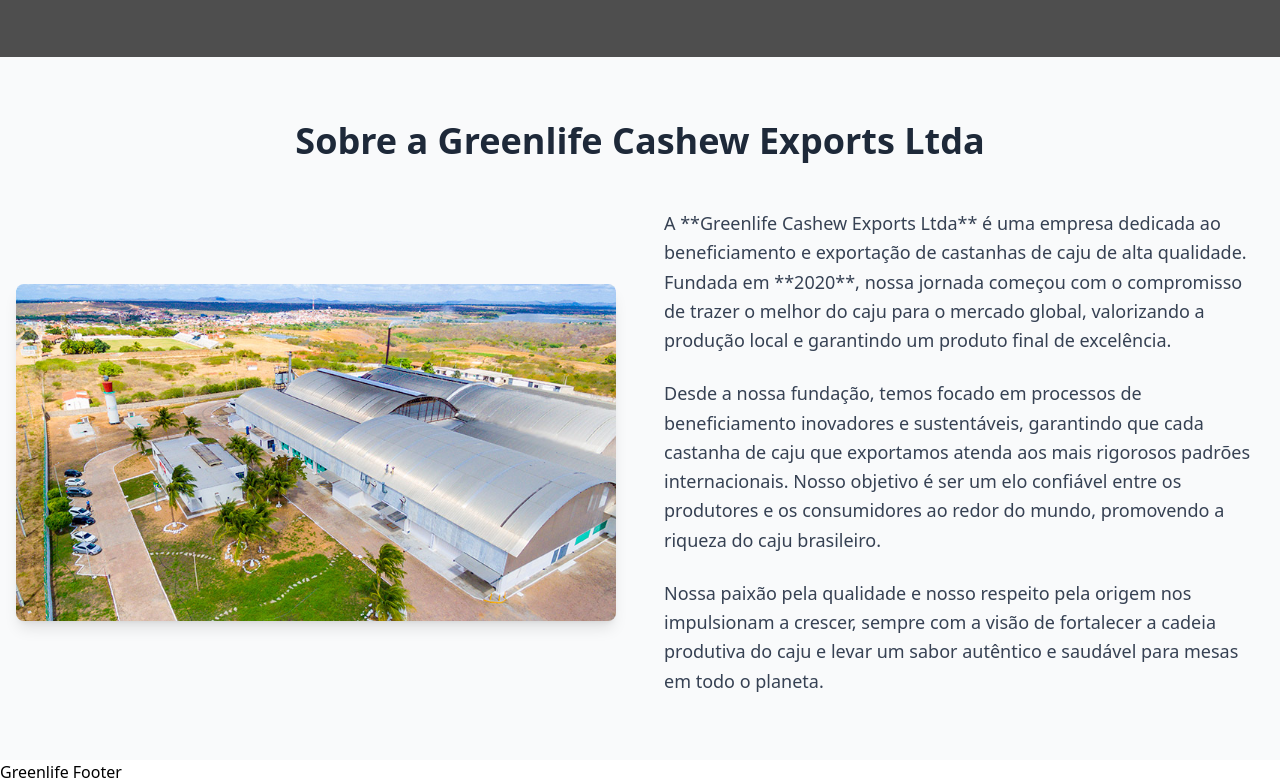
Repository: estevam02009/greenlife
Page: /
These files come from the project's save history. The page is drawn as it stood at one moment and after the next save; the edit follows.
The browser window is 1280 px wide. The pictures show the part of the page from y = 727 to 1679 px (the page is 1511 px tall before and 1679 px after).
Pictures or frames that could not be fetched are drawn as grey boxes. The project was rebuilt for these pictures with package versions that can differ from the ones it lists, and the page was loaded fresh each time. Also part of the build but not shown: vite.config.js, src/App.css.

Above is the page before, as saved 2025-07-23 13:27:06.

### src/App.jsx
import Navbar from './components/Navbar'
import Footer from './components/Footer'
import './App.css'
import Hero from './components/Hero'
import CompanyContent from './components/CompanyContent'

function App() {

  return (
    <div>
      <Navbar />
      <main className='pt-16'>
        <Hero />
        <CompanyContent />
      </main>
      <Footer />
    </div>
  )
}

export default App

### src/components/Navbar.jsx
import React, { useState } from "react"

const Navbar = () => {

    const [isOpen, setIsOpen] = useState(false)

    return (
        <nav className="fixed top-0 left-0 w-full bg-white p-4 shadow-md z-50">
            <div className="container mx-auto flex items-center justify-between flex-wrap">
                {/* LOGO */}
                <div className="flex items-center">
                    <img src="https://greenlifecashew.com.br/wp-content/uploads/2021/05/logo_header.png" alt="Logo da Empresa" className="h-15 w-30 mr-2" />
                </div>

                {/* Botão para Mobile */}
                <div className="block lg:hidden">
                    <button
                        onClick={() => setIsOpen(!isOpen)}
                        className="flex items-center px-3 py-2 border rounded text-gray-500 border-gray-600 hover:text-green-600 hover:border-green-600"
                    >
                        <svg
                            className="fill-current h-3 w-3"
                            viewBox="0 0 20 20"
                            xmlns="http://www.w3.org/2000/svg"
                        >
                            <path d="M0 3h20v2H0V3zm0 6h20v2H0V9zm0 6h20v2H0v-2z" />
                        </svg>
                    </button>
                </div>

                {/* Itens de Navegação - Escondidos no Mobile por padrão, mostrados no Desktop */}
                <div className={`${isOpen ? 'block' : 'hidden'} w-full flex-grow lg:flex lg:items-center lg:w-auto`}>
                    <ul className="text-sm lg:flex-grow lg:flex lg:justify-end lg:space-x-6 mt-4 lg:mt-0">
                        <li>
                            <a
                                href="#"
                                className="block lg:inline-block text-gray-600 hover:text-green-600 mr-4 lg:py-0 transition duration-300"
                            >Company</a>
                        </li>
                        <li>
                            <a
                                href="#"
                                className="block lg:inline-block text-gray-600 hover:text-green-600 mr-4 lg:py-0 transition duration-300"
                            >Strategic Direction</a>
                        </li>
                        <li>
                            <a
                                href="#"
                                className="block lg:inline-block text-gray-600 hover:text-green-600 mr-4 lg:py-0 transition duration-300"
                            >Products</a>
                        </li>
                        <li>
                            <a
                                href="#"
                                className="block lg:inline-block text-gray-600 hover:text-green-600 mr-4 lg:py-0 transition duration-300"
                            >Certifications</a>
                        </li>
                        <li>
                            <a
                                href="#"
                                className="block lg:inline-block text-gray-600 hover:text-green-600 mr-4 lg:py-0 transition duration-300"
                            >Informative</a>
                        </li>
                        <li>
                            <a
                                href="#"
                                className="block lg:inline-block text-gray-600 hover:text-green-600 mr-4 lg:py-0 transition duration-300"
                            >Contact</a>
                        </li>
                    </ul>
                </div>
            </div>


        </nav>
    )
}

export default Navbar

### src/components/Footer.jsx
import React from "react"

const Footer = () => {
    return (
        <div>
            <h1>Greenlife Footer</h1>
        </div>
    )
}

export default Footer

### src/components/Hero.jsx
import React from "react"

const Hero = () => {
    return (
        <div
            className="relative bg-transparent bg-cover bg-center h-screen flex items-center justify-center"
            style={{ backgroundImage: 'url("https://i0.wp.com/matanativa.com.br/wp-content/uploads/2018/09/Untitled-design-3-e1639139898660.jpg?fit=825%2C464&ssl=1")' }}
        >
            <div className="absolute inset-0 bg-black opacity-50"></div>
            <div className="relative text-center text-white z-10">
                <h1 className="text-5xl font-bold mb-4">Venha conhecer a Greenlife</h1>
                <p className="text-xl mb-8">Excelência e qualidade em tudo que fazemos.</p>
                <button className="bg-green-500 hover:bg-green-700 text-white font-bold py-3 px-6 rounded-full">
                    Saiba Mais
                </button>
            </div>
        </div>
    )
}

export default Hero

### src/components/CompanyContent.jsx
import React from 'react';

const CompanyContent = () => {
    return (
        <section className="py-16 bg-gray-50">
            <div className="container mx-auto px-4">
                <h2 className="text-4xl font-bold text-center text-gray-800 mb-12">Sobre a Greenlife Cashew Exports Ltda</h2>

                <div className="flex flex-col lg:flex-row items-center lg:space-x-12">
                    {/* Imagem ou Ícone (Opcional) */}
                    <div className="lg:w-1/2 mb-8 lg:mb-0">
                        {/* Você pode adicionar uma imagem relevante aqui, como uma plantação de caju, o processo de beneficiamento, ou o logo da empresa */}
                        <img
                            src="src\assets\home.jpg" // Substitua pela URL da sua imagem
                            alt="Processo de Beneficiamento de Castanhas"
                            className="rounded-lg shadow-lg w-full h-auto object-cover"
                        />
                    </div>

                    {/* Conteúdo da Empresa */}
                    <div className="lg:w-1/2 text-gray-700">
                        <p className="text-lg leading-relaxed mb-6">
                            A **Greenlife Cashew Exports Ltda** é uma empresa dedicada ao beneficiamento e exportação de castanhas de caju de alta qualidade. Fundada em **2020**, nossa jornada começou com o compromisso de trazer o melhor do caju para o mercado global, valorizando a produção local e garantindo um produto final de excelência.
                        </p>
                        <p className="text-lg leading-relaxed mb-6">
                            Desde a nossa fundação, temos focado em processos de beneficiamento inovadores e sustentáveis, garantindo que cada castanha de caju que exportamos atenda aos mais rigorosos padrões internacionais. Nosso objetivo é ser um elo confiável entre os produtores e os consumidores ao redor do mundo, promovendo a riqueza do caju brasileiro.
                        </p>
                        <p className="text-lg leading-relaxed">
                            Nossa paixão pela qualidade e nosso respeito pela origem nos impulsionam a crescer, sempre com a visão de fortalecer a cadeia produtiva do caju e levar um sabor autêntico e saudável para mesas em todo o planeta.
                        </p>
                    </div>
                </div>
            </div>
        </section>
    );
};

export default CompanyContent;

Loaded but not shown: index.html (common file); src/main.jsx (common file); src/index.css (common file)

After the next save:
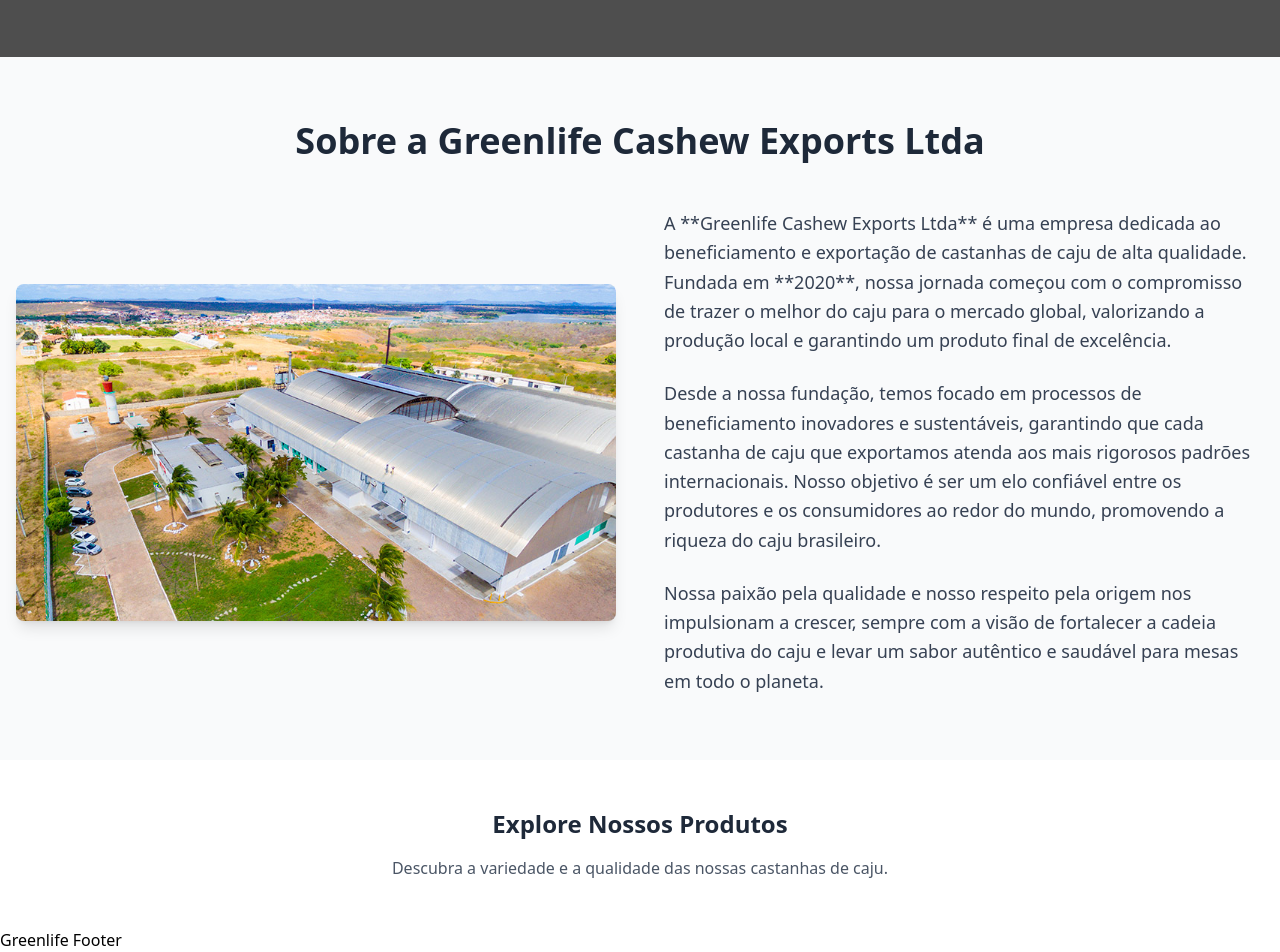
Saved 72 s later.
--- a/src/App.jsx
+++ b/src/App.jsx
@@ -12,6 +12,13 @@
       <main className='pt-16'>
         <Hero />
         <CompanyContent />
+
+        {/* Outros conteúdos da sua página */}
+        <section className="py-12 px-4 text-center">
+          <h3 className="text-2xl font-semibold text-gray-800">Explore Nossos Produtos</h3>
+          <p className="mt-4 text-gray-600">Descubra a variedade e a qualidade das nossas castanhas de caju.</p>
+          {/* Aqui você pode adicionar um link ou outro componente para produtos */}
+        </section>
       </main>
       <Footer />
     </div>
